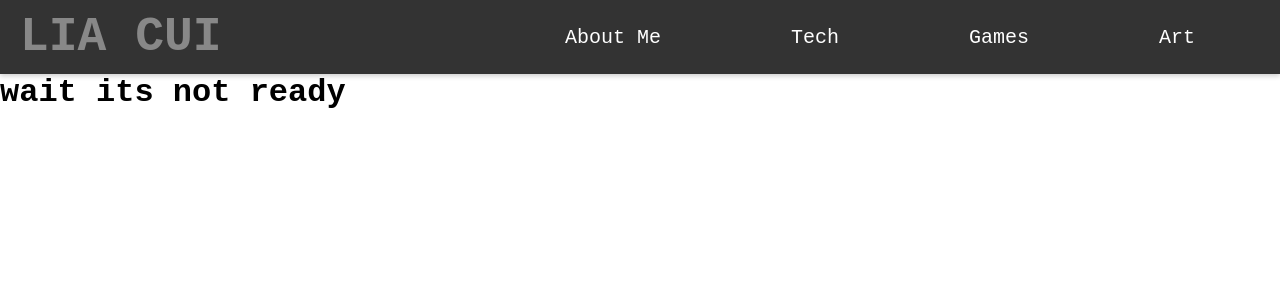
Repository: ljcui1/Lia-Cui-Portfolio
Page: subpages/art_index.html
The author's editor kept a copy of each file at every save. The page is drawn from the files as they stood at one save, then again after the next save.
The browser window is 1280 px wide. The pictures show the whole page.

Above is the page before, as saved 2026-01-15 11:43:39.

### subpages/art_index.html
<!DOCTYPE html>
<html lang="en">
<head>
    <meta charset="UTF-8">
    <meta name="viewport" content="width=device-width, initial-scale=1.0">
    <title>Lia Cui's Art Portfolio</title>
    <link rel="stylesheet" href="../style.css">
</head>
<body>
    <header>
        <div id="logo">
            <h1>
                LIA CUI
            </h1>
        </div>
        <nav>
            <ul>
                <li><a href="../index.html">About Me</a></li>
                <li><a href="tech_index.html">Tech</a></li>
                <li><a href="games_index.html">Games</a></li>
                <li><a href="art_index.html" class="currPage">Art</a></li>
            </ul>
        </nav>
    </header>
    <h1>wait its not ready</h1>
</body>
</html>

### style.css
@import url('https://fonts.googleapis.com/css2?family=Source+Code+Pro:ital,wght@0,200..900;1,200..900&display=swap');

.source-code-pro- {
  font-family: "Source Code Pro", monospace;
  font-optical-sizing: auto;
  font-weight: 10;
  font-style: normal;
}

* {
    margin: 0;
    padding: 0;
    box-sizing: border-box;
    /*set background color*/
}

body {
    font-family: 'Source Pro Code', monospace;
}

/*header styling*/
header {
    /*temp colors*/
    background-color: #333;
    color: white;
    padding: 10px 0;
    display: flex;
    justify-content: space-between;
    align-items: center;
    box-shadow: 0 2px 5px rgba(0, 0, 0, 0.2);
}

#logo {
    color: #888;
    padding-left: 20px;
    font-size: 1.5em;
    font-weight: bold;
}

/*navbar styling*/
nav ul { /*specifically styling the unordered list in the navbar*/
    list-style-type: none; /*removes bullet points + other styling*/
    display: flex; /*flexboxes allow for horizontal display*/
    padding-right: 20px;
}

nav ul li a { /*specifically styling the unordered list item links in the navbar*/
    color: white;
    text-decoration: none;
    font-size: 20px;
    margin-left: 50px;
    margin-right: 50px;
    padding: 10px 15px;
    display: block; /*makes entire padding area clickable to corresponding link*/
    transition: background-color 0.3s;
}

nav ul li a:hover { /*specifically styling the hover state of the unordered list item links in the navbar*/
    background-color: #555;
}

After the next save:
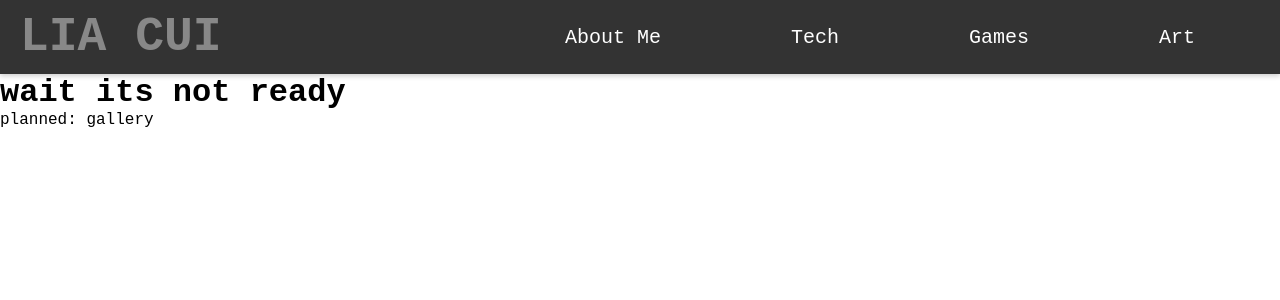
Saved 12 s later.
--- a/subpages/art_index.html
+++ b/subpages/art_index.html
@@ -23,5 +23,6 @@
         </nav>
     </header>
     <h1>wait its not ready</h1>
+    <p>planned: gallery</p>
 </body>
 </html>
